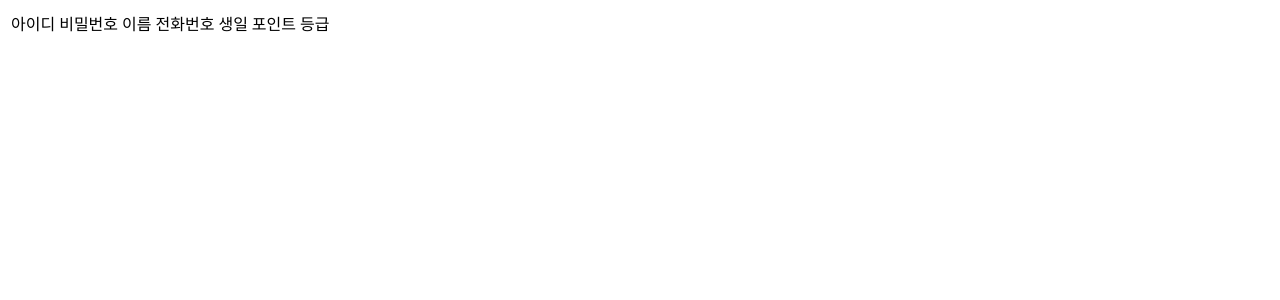
Repository: moonsae/jsp
Page: http://localhost/pagePrj0911/list3.page
The author's editor kept a copy of each file at every save. The page is drawn from the files as they stood at one save, then again after the next save.
The browser window is 1280 px wide. The pictures show the whole page.
The page is served by Tomcat 9. Queries for data that is not in the repository find no rows.

Above is the page before, as saved 2023-09-11 06:30:00.

After the next save:
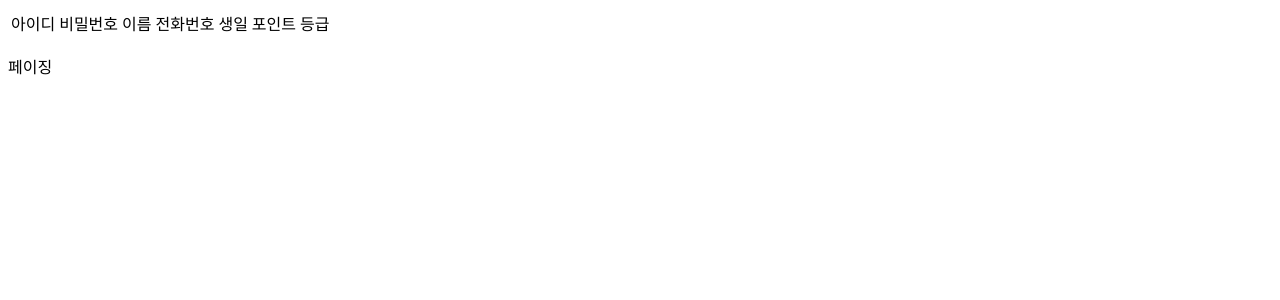
Saved 2 min 56 s later.
--- a/pagePrj0911/src/main/webapp/WEB-INF/views/listPage3.jsp
+++ b/pagePrj0911/src/main/webapp/WEB-INF/views/listPage3.jsp
@@ -36,5 +36,14 @@
 		<td><%=m.getM_grade() %></td>
 	</tr><%} %>
 </table>
+<p>페이징</p>
+<% int index = handler.getGrpStartPage();
+   while(index <= handler.getGrpEndPage()){
+%>
+   [ <%= index %>]
+	<%
+	index++;
+	}
+%>
 </body>
 </html>
